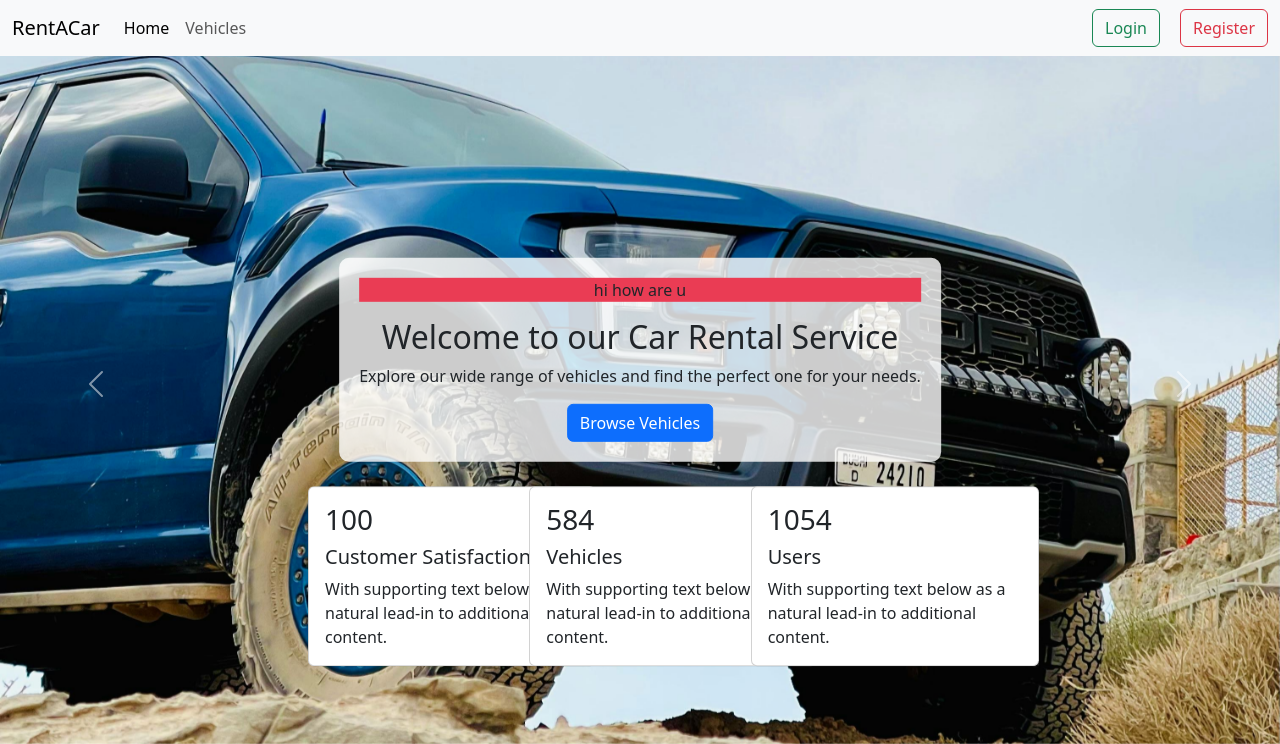
Repository: VimashaVishvani/VehicleRental
Page: http://localhost/Vehicle_rentalDb/
An editor plug-in stored every save of this project. The page is shown before and after the next save, followed by the edit.
The browser window is 1280 px wide. The pictures show the whole page.
The page is served by Tomcat 9. Other server files are loaded and not shown.

Above is the page before, as saved 2024-05-12 13:26:02.

### Vehicle_rentalDb/src/main/webapp/index.jsp
<%@ page language="java" contentType="text/html; charset=ISO-8859-1"
    pageEncoding="ISO-8859-1"%>
<!DOCTYPE html>
<html>
<head>
  <link href="https://cdn.jsdelivr.net/npm/bootstrap@5.3.3/dist/css/bootstrap.min.css" rel="stylesheet" integrity="sha384-QWTKZyjpPEjISv5WaRU9OFeRpok6YctnYmDr5pNlyT2bRjXh0JMhjY6hW+ALEwIH" crossorigin="anonymous">
` <script src="https://cdn.jsdelivr.net/npm/bootstrap@5.3.3/dist/js/bootstrap.bundle.min.js" integrity="sha384-YvpcrYf0tY3lHB60NNkmXc5s9fDVZLESaAA55NDzOxhy9GkcIdslK1eN7N6jIeHz" crossorigin="anonymous"></script>
<meta charset="ISO-8859-1">
<title>Insert title</title>


<style>
body{
	overflow:hidden;
}
.courosalImages{
    height:100vh;
    object-fit:cover;
}
.overlay-content{
    position: absolute;
    top: 50%;
    left: 50%;
    transform: translate(-50%, -50%);
    z-index: 1000; /* Make sure this value is higher than the z-index of the carousel */
    background-color: rgba(255, 255, 255, 0.8); /* Add a background color with some transparency */
    padding: 20px;
    border-radius: 10px;
    text-align: center;
}
.carousel{
    z-index:1;
}
.row{
position: absolute;
    top: 80%;
    left: 50%;
    transform: translate(-50%, -50%);
    z-index: 1000;

}
.hidden{
background-color:#EA3C54;
padding:2%,0,2%,0;
	}


</style>
</head>
<body  style="padding-top:0;">

<nav class="navbar navbar-expand-lg bg-body-tertiary" style="position: absolute; top: 0; width: 100%; background-color: rgba(0, 0, 0, 0.0); z-index: 100;">
  <div class="container-fluid">
    <a class="navbar-brand" href="#">RentACar</a>
    <button class="navbar-toggler" type="button" data-bs-toggle="collapse" data-bs-target="#navbarSupportedContent" aria-controls="navbarSupportedContent" aria-expanded="false" aria-label="Toggle navigation">
      <span class="navbar-toggler-icon"></span>
    </button>
    <div class="collapse navbar-collapse" id="navbarSupportedContent">
      <ul class="navbar-nav me-auto mb-2 mb-lg-0">
        <li class="nav-item">
          <a class="nav-link active" aria-current="page" href="#">Home</a>
        </li>
        <li class="nav-item">
          <a class="nav-link" href="#">Vehicles</a>
        </li>

      </ul>

      <a class="btn btn-outline-success" href="login.jsp" style="margin-right: 20px;">Login</a>

      <button class="btn btn-outline-danger">Register</button>
    </div>
  </div>
</nav>



<div id="carouselExample" class="carousel slide">
  <div class="carousel-inner">
    <div class="carousel-item active">
      <img src="images/landingPage/1.jpg" class="d-block w-100 courosalImages" alt="...">
    </div>
    <div class="carousel-item">
      <img src="images/landingPage/2.jpg" class="d-block w-100 courosalImages" alt="...">
    </div>
    <div class="carousel-item">
      <img src="images/landingPage/3.jpg" class="d-block w-100 courosalImages" alt="...">
    </div>
  </div>
  <button class="carousel-control-prev" type="button" data-bs-target="#carouselExample" data-bs-slide="prev">
    <span class="carousel-control-prev-icon" aria-hidden="true"></span>
    <span class="visually-hidden">Previous</span>
  </button>
  <button class="carousel-control-next" type="button" data-bs-target="#carouselExample" data-bs-slide="next">
    <span class="carousel-control-next-icon" aria-hidden="true"></span>
    <span class="visually-hidden">Next</span>
  </button>
</div>

<div class="overlay-content">
<div class="hidden">
<p>hi how are u</p>
</div>
    <h2>Welcome to our Car Rental Service</h2>
    <p>Explore our wide range of vehicles and find the perfect one for your needs.</p>
    <a href="#" class="btn btn-primary">Browse Vehicles</a>
</div>

<div class="row">
	<div class="col-4">
	<div class="card" style="width: 18rem;">
  <div class="card-body">
  <h3>100</h3>
    <h5 class="card-title">Customer Satisfaction</h5>
    <p class="card-text">With supporting text below as a natural lead-in to additional content.</p>

  </div>
</div>
	</div>
	<div class="col-4">
	<div class="card" style="width: 18rem;">
  <div class="card-body">
  	<h3>584</h3>
    <h5 class="card-title">Vehicles</h5>
    <p class="card-text">With supporting text below as a natural lead-in to additional content.</p>

  </div>
</div>
	</div>
	<div class="col-4">
	<div class="card" style="width: 18rem;">
  <div class="card-body">
  <h3>1054</h3>
    <h5 class="card-title">Users</h5>
    <p class="card-text">With supporting text below as a natural lead-in to additional content.</p>

  </div>
</div>
	</div>

</div>




<script>
    // Function to animate number counting
    function animateValue(element, start, end, duration) {
        let range = end - start;
        let current = start;
        let increment = end > start ? 1 : -1;
        let stepTime = Math.abs(Math.floor(duration / range));
        let timer = setInterval(function () {
            current += increment;
            element.textContent = current;
            if (current == end) {
                clearInterval(timer);
            }
        }, stepTime);
    }

    // Get all h3 elements inside the cards
    let h3Elements = document.querySelectorAll('.card h3');

    // Loop through each h3 element and animate its value
    h3Elements.forEach(function (h3) {
        let startValue = 0; // Start value for counting animation
        let endValue = parseInt(h3.textContent); // Get the end value from the text content of the h3 element
        let duration = 3000; // Duration of the animation in milliseconds
        animateValue(h3, startValue, endValue, duration);
    });
</script>

</body>
</html>

After the next save:
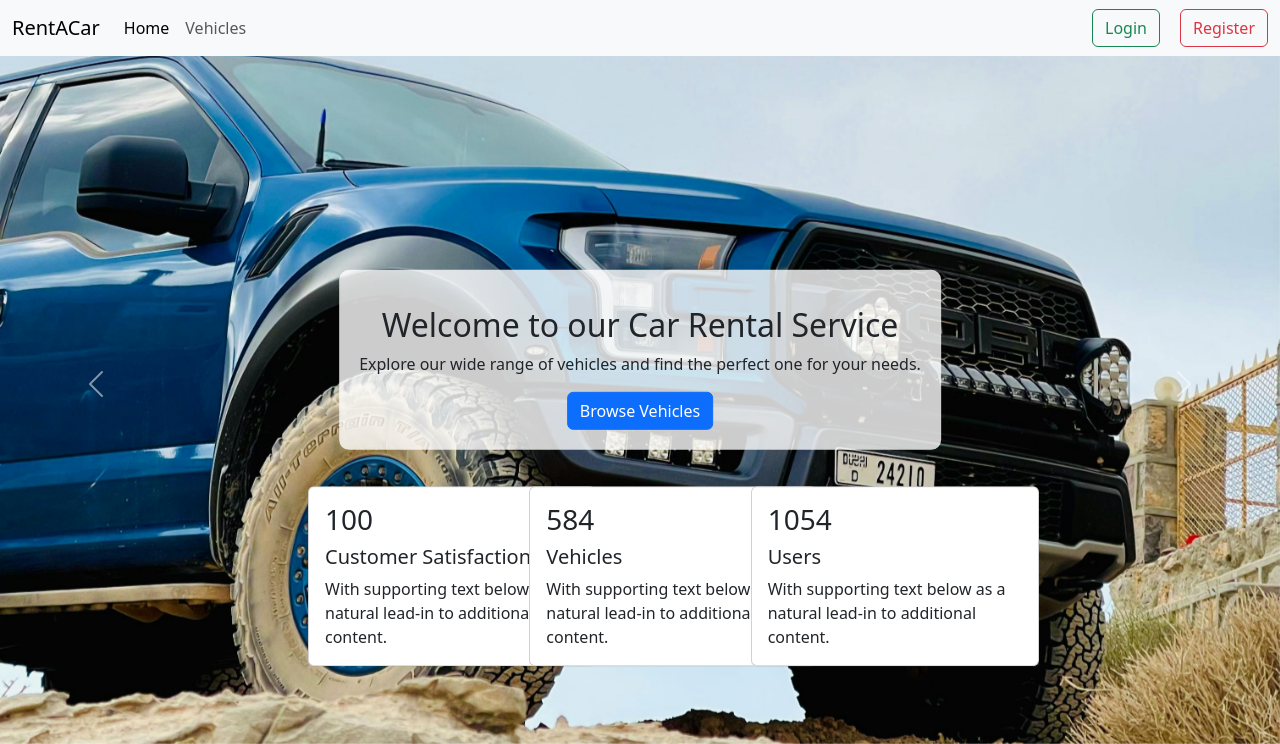
Saved 2 min 17 s later.
--- a/Vehicle_rentalDb/src/main/webapp/index.jsp
+++ b/Vehicle_rentalDb/src/main/webapp/index.jsp
@@ -99,7 +99,7 @@ padding:2%,0,2%,0;
 
 <div class="overlay-content">
 <div class="hidden">
-<p>hi how are u</p>
+<p>${regresult}</p>
 </div>
     <h2>Welcome to our Car Rental Service</h2>
     <p>Explore our wide range of vehicles and find the perfect one for your needs.</p>
